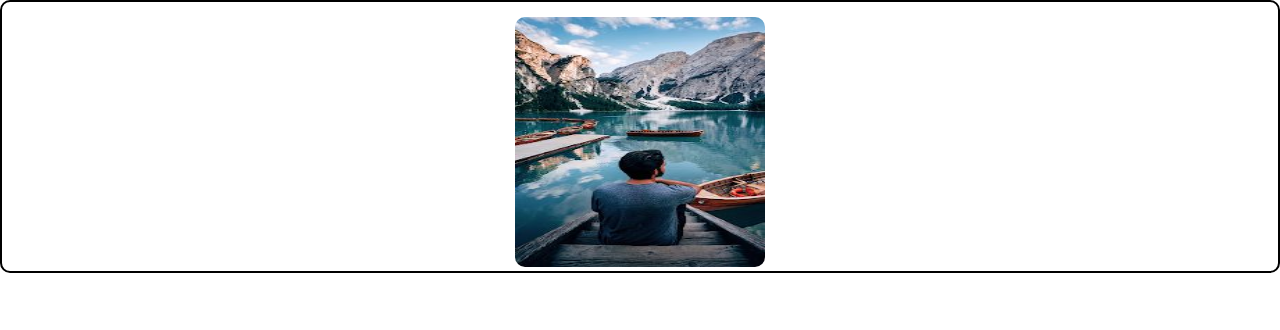
Repository: diensy/Web_dev
Page: Css/Exercise/exercise-2/index.html
An editor plug-in stored every save of this project. The page is shown before and after a run of saves, followed by the edit.
The browser window is 1280 px wide. The pictures show the whole page.

Above is the page before, as saved 2024-05-27 21:00:41.

After the next 6 saves:
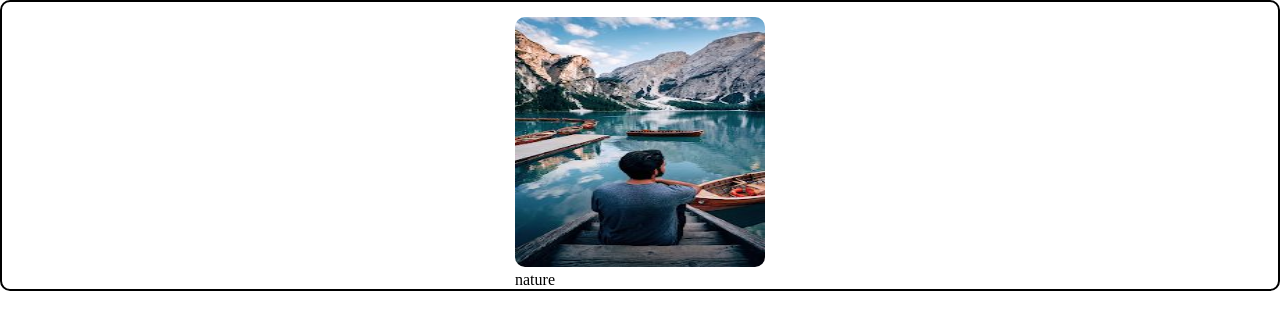
The 6 saves are shown as one change because they came seconds apart.
The last was saved 18 s later.
--- a/Css/Exercise/exercise-2/index.html
+++ b/Css/Exercise/exercise-2/index.html
@@ -11,7 +11,10 @@
         <div class="image">
             <img src="image.jpeg" alt="">
         </div>
-
+        <div class="buttom">
+            <span>nature</span>
+            <span></span>
+        </div>
     </div>
 </body>
 </html>
